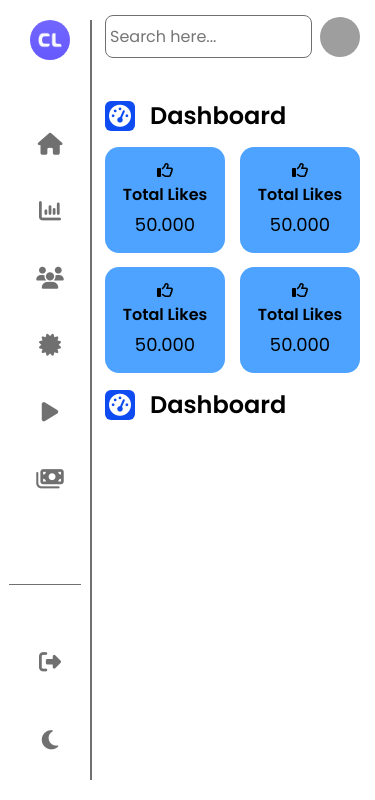
Repository: phamngocthang/practice-html-css
Page: Admin/dist/index.html
The author's editor kept a copy of each file at every save. The page is drawn from the files as they stood at one save, then again after the next save.
The browser window is 375 px wide. The pictures show the whole page.
Pictures or frames that could not be fetched are drawn as grey boxes. The style sheet was rebuilt from its Sass, Less or Tailwind sources for each picture, by a compiler version that may differ from the author's.

Above is the page before, as saved 2023-10-25 13:59:50.

### Admin/dist/index.html
<!DOCTYPE html>
<html lang="en">
<head>
    <meta charset="UTF-8">
    <meta name="viewport" content="width=device-width, initial-scale=1.0">
    <title>Document</title>
    <link rel="stylesheet" href="style/main.css">
    <link rel="stylesheet" href="https://cdnjs.cloudflare.com/ajax/libs/font-awesome/6.4.2/css/all.min.css" integrity="sha512-z3gLpd7yknf1YoNbCzqRKc4qyor8gaKU1qmn+CShxbuBusANI9QpRohGBreCFkKxLhei6S9CQXFEbbKuqLg0DA==" crossorigin="anonymous" referrerpolicy="no-referrer" />
</head>
<body>
    <nav>
        <div class="logo">
            <div class="logo__image">
                <img src="/Images/logo.png" alt="">
            </div>

            <span class="logo__name">
                E-LEARNING
            </span>
        </div>

        <div class="menu">
            <ul class="menu__link">
                <li class="menu__link__item"><a href="#">
                    <i class="fa-solid fa-house"></i>
                    <span>Dashboard</span>
                </a></li>
                <li class="menu__link__item"><a href="#">
                    <i class="fa-solid fa-chart-column"></i>
                    <span>Analytics</span>
                </a></li>
                <li class="menu__link__item"><a href="#">
                    <i class="fa-solid fa-users"></i>
                    <span>Users</span>
                </a></li>
                <li class="menu__link__item"><a href="#">
                    <i class="fa-solid fa-certificate"></i>
                    <span>Category</span>
                </a></li>
                <li class="menu__link__item"><a href="#">
                    <i class="fa-solid fa-play"></i>
                    <span>Courses</span>
                </a></li>
                <li class="menu__link__item"><a href="#">
                    <i class="fa-solid fa-money-bills"></i>
                    <span>Profit</span>
                </a></li>
            </ul>

            <ul class="menu__link">
                <li class="menu__link__item"><a href="#">
                    <i class="fa-solid fa-right-from-bracket"></i>
                    <span>Logout</span>
                </a></li>

                <li class="menu__link__item menu__link__item--darkmode"><a href="#">
                        <i class="fa-solid fa-moon"></i>
                        <span>Dark Mode</span>
                        <div class="menu__toggle">
                            <span class="menu__switch"></span>
                        </div>
                    </a>
                </li>
            </ul>
        </div>
    </nav>

    <section class="dashboard">
        <div class="top">
            <i class="fa-solid fa-bars top__bar"></i>
            <div class="top__search-box">
                <i class="fa-solid fa-magnifying-glass"></i>
                <input type="text" placeholder="Search here...">
            </div>
            <div class="top__image">
                <i class="fa-solid fa-bell bell"></i>
                <img src="/Images/avatar.jpg" alt="">
            </div>
        </div>

        <div class="content">
            <div class="overview">
                <div class="title">
                    <div class="title__logo">
                        <i class="fa-solid fa-gauge-high"></i>
                    </div>
                    <h1 class="title__name">Dashboard</h1>
                </div>

                <div class="data">
                    <div class="data__box">
                        <i class="fa-regular fa-thumbs-up data__box__icon"></i>
                        <h3 class="data__box__title">Total Likes</h3>
                        <span class="data__box__number">50.000</span>
                    </div>
                    <div class="data__box">
                        <i class="fa-regular fa-thumbs-up data__box__icon"></i>
                        <h3 class="data__box__title">Total Likes</h3>
                        <span class="data__box__number">50.000</span>
                    </div>
                    <div class="data__box">
                        <i class="fa-regular fa-thumbs-up data__box__icon"></i>
                        <h3 class="data__box__title">Total Likes</h3>
                        <span class="data__box__number">50.000</span>
                    </div>
                    <div class="data__box">
                        <i class="fa-regular fa-thumbs-up data__box__icon"></i>
                        <h3 class="data__box__title">Total Likes</h3>
                        <span class="data__box__number">50.000</span>
                    </div>
                </div>
            </div>

            <div class="activity">
                <div class="title">
                    <div class="title__logo">
                        <i class="fa-solid fa-gauge-high"></i>
                    </div>
                    <h1 class="title__name">Dashboard</h1>
                </div>
            </div>
        </div>
    </section>

    <script src="script.js">

    </script>
</body>
</html>

### Admin/dist/script.js
const body = document.querySelector("body");
const modeTogger = document.querySelector(".menu__toggle");
const sideBar = body.querySelector("nav")
const sideBarToggle = body.querySelector(".top__bar");

modeTogger.addEventListener("click", () => {
    body.classList.toggle("dark")
})

sideBarToggle.addEventListener("click", () => {
    sideBar.classList.toggle("close");
})

### Admin/scss/main.scss
@import url('https://fonts.googleapis.com/css2?family=Poppins:wght@200;300;400;500;600&display=swap');
@import 'variables';
* {
    margin: 0;
    padding: 0;
    box-sizing: border-box;
    font-family: 'Poppins', sans-serif;
}

body {
    --primary-color: #{$primary-color};
    --panel-color: #{$panel-color};
    --text-color: #{$text-color};
    --black-light-color: #{$black-light-color};
    --border-color: #{$border-color};
    --toggle-color: #{$toggle-color};
    --box1-color: #{$box1-color};
    --box2-color: #{$box2-color};
    --box3-color: #{$box3-color};
    --title-icon-color: #{$title-icon-color};
    min-height: 100vh;
}

body.dark {
    --primary-color: #3A3B3C;
    --panel-color: #242526;
    --text-color: #FFF;
    --black-light-color: #CCC;
    --border-color: #4D4C4C;
    --toggle-color: #FFF;
    --box1-color: #3A3B3C;
    --box2-color: #3A3B3C;
    --box3-color: #3A3B3C;
    --title-icon-color: #CCC;

    .menu__switch::before {
        left: 20px !important;
    }
}

nav {
    position: fixed;
    width: 250px;
    height: 100%;
    top: 0;
    left: 0;
    background-color: var(--panel-color);
    transition: $tran-05;

    .logo {
        display: flex;
        align-items: center;
        height: 80px;

        &__image {
            min-width: 45px;
            display: flex;
            align-items: center;
            padding-right: 10px;
            min-width: 80px;
            justify-content: flex-end;

            img {
                width: 40px;
                border-radius: 50%;
                object-fit: cover;
            }

        }

        &__name {
            color: var(--text-color);
            font-weight: 600;
            font-size: 22px;
            flex: 1;
            transition: $tran-05;
            white-space: nowrap;
        }
    }

    .menu {
        height: 100%;
        padding: 30px 0px 30px 20px;
        position: relative;


        &::after {
            content: '';
            left: 50%;
            top: 63%;
            width: 80%;
            height: 0.5px;
            transform: translateX(-50%);
            background-color: var(--black-light-color);
            position: absolute;
        }

        &__link {
            list-style: none;
            display: flex;
            flex-direction: column;
            align-items: flex-start;


            &:nth-child(1) {
                height: 70%;
            }


            &__item {
                padding: 20px 0;

                a {
                    text-decoration: none;
                    color: var(--black-light-color);
                    font-size: 18px;
                    display: flex;
                    align-items: center;
                    position: relative;
                    transition: 0.4 ease all;

                    i {
                        min-width: 60px;
                        text-align: center;
                        font-size: 22px;
                    }

                    span {
                        font-weight: 400;
                        transition: $tran-05;
                        white-space: nowrap;
                    }

                    &:hover {
                        color: var(--primary-color);

                        &::before {
                            content: '';
                            width: 5px;
                            height: 5px;
                            border-radius: 50%;
                            background-color: var(--primary-color);
                            position: absolute;
                            transition: 0.4 ease all;
                        }
                    }
                }
            }

            &__item--darkmode {
                display: flex;
                align-items: center;


                .menu__toggle {
                    margin-left: 20px;
                    height: 50px;
                    min-width: 45px;
                    display: flex;
                    align-items: center;
                    justify-content: center;

                    .menu__switch {
                        display: inline-block;
                        border-radius: 25px;
                        position: relative;
                        height: 22px;
                        width: 40px;
                        background-color: var(--toggle-color);

                        &::before {
                            content: '';
                            width: 15px;
                            height: 15px;
                            position: absolute;
                            background-color: var(--title-icon-color);
                            border-radius: 50%;
                            left: 3px;
                            top: 50%;
                            transform: translateY(-50%);
                            transition: $tran-03;
                        }
                    }
                }
            }
        }
    }


}

nav.close {
    width: 90px;

    .menu__link__item {
        span {
            opacity: 0;
            pointer-events: none;
        }
    }

    .logo__name {
        opacity: 0;
        pointer-events: none;
    }

    & ~ .dashboard {
        left: 90px;
        width: calc(100% - 90px);
    }
}

.dashboard {
    background-color: var(--panel-color);
    width: calc(100% - 250px);
    left: 250px;
    min-height: 100vh;
    position: relative;
    padding: 15px 30px 40px;
    transition: $tran-05;

    &::before {
        content: '';
        width: 2px;
        height: 95%;
        background-color: var(--black-light-color);
        left: 0;
        top: 50%;
        transform: translateY(-50%);
        position: absolute;
    }

    .top {
        height: 10%;
        display: flex;
        align-items: center;
        justify-content: space-between;

        i {
            font-size: 24px;
            color: var(--black-light-color);
        }

        &__bar {
            cursor: pointer;
        }

        &__search-box {
            flex: 1;
            width: 100%;
            padding: 8px;
            border-radius: 8px;
            border: 0.4px solid var(--black-light-color);
            margin: 0 30px;
            display: flex;
            align-items: center;

            i {
                font-size: 24px;
                padding: 0 16px 0 8px;
                color: var(--black-light-color);
            }

            input {
                font-size: 16px;
                outline: none;
                border: none;
                height: 100%;
                width: 100%;
                background-color: transparent;
                color: var(--text-color);
            }
        }

        &__image {
            display: flex;
            align-items: center;

            .bell {
                cursor: pointer;
                margin-right: 20px;
            }

            img {
                cursor: pointer;
                width: 40px;
                height: 40px;
                object-fit: cover;
                border-radius: 50%;
            }
        }
    }

    .content {
        margin-top: 40px;
            .title {
                display: flex;
                align-items: center;

                &__logo {
                    height: 30px;
                    width: 30px;
                    display: flex;
                    align-items: center;
                    justify-content: center;
                    background-color: var(--primary-color);
                    border-radius: 6px;
                    margin-right: 15px;

                    i {
                        font-size: 22px;
                        color: var(--panel-color);
                    }
                }

                &__name {
                    color: var(--text-color);
                }
            }

            .data {
                display: flex;
                flex-wrap: wrap;
                margin-top: 30px;
                margin-left: -32px;

                &__box {
                    border-radius: 14px;
                    margin-left: 32px;
                    width: calc(100% / 4 - 32px);
                    display: flex;
                    flex-direction: column;
                    align-items: center;
                    background-color: var(--box1-color);
                    color: var(--text-color);
                    padding: 15px 0;

                    &__icon {
                        font-size: 30px;
                    }

                    &__title {
                        margin: 4px 0;
                    }

                    &__number {
                        font-size: 30px;
                    }
                }
            }

            .activity {
                margin-top: 40px;
            }
    }
}


@media (max-width: 1000px) {
    nav {
        width: 90px;

        .menu__link__item {
            span {
                opacity: 0;
                pointer-events: none;
            }
        }

        .logo__name {
            opacity: 0;
            pointer-events: none;
        }

        & ~ .dashboard {
            left: 90px;
            width: calc(100% - 90px);
        }
    }
}

@media (max-width: 820px) {
    .dashboard {
        .content {
            .data {
                margin-top: 0;
                &__box {
                    width: calc(100% / 2 - 35px);
                    margin-top: 14px;

                    &__icon {
                        font-size: 22px;
                    }

                    &__number {
                        font-size: 24px;
                    }
                }

            }

            .activity {
                margin-top: 14px;
            }
        }
    }
}

@media (max-width: 500px) {
    .dashboard {
        padding-left: 15px;
        padding-right: 15px;
        .top {
            i {
                display: none;
            }

            &__search-box {
                padding: 8px 4px;
                margin: 0;
                margin-right: 8px;
            }
        }
        .content {
            .data {
                margin-left: -15px;
                &__box {
                    width: calc(100% / 2 - 15px);
                    margin-left: 15px;

                    &__icon {
                        font-size: 16px;
                    }

                    &__title {
                        font-size: 16px;
                    }

                    &__number {
                        font-size: 18px;
                    }
                }

            }

            .activity {
                margin-top: 14px;
            }
        }
    }
}

### Admin/scss/_variables.scss
/* ===== Colors ===== */
$primary-color: #0E4BF1;
$panel-color: #FFF;
$text-color: #000;
$black-light-color: #707070;
$border-color: #e6e5e5;
$toggle-color: #DDD;
$box1-color: #4DA3FF;
$box2-color: #FFE6AC;
$box3-color: #E7D1FC;
$title-icon-color: #fff;

/* ====== Transition ====== */
$tran-05: all 0.5s ease;
$tran-03: all 0.3s ease;
$tran-03: all 0.2s ease;

After the next save:
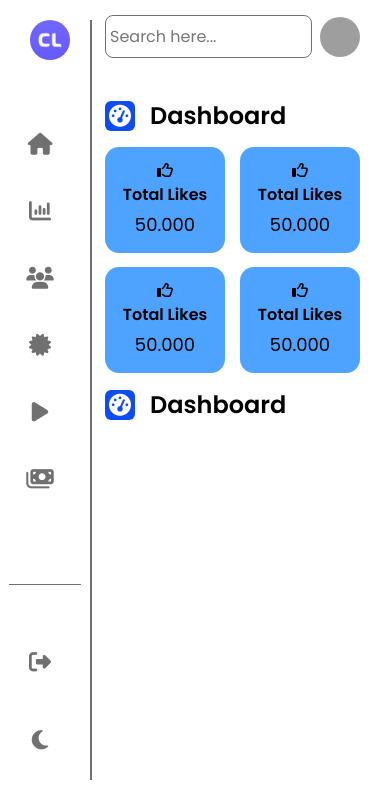
Saved 100 s later.
--- a/Admin/scss/main.scss
+++ b/Admin/scss/main.scss
@@ -407,6 +407,11 @@ nav.close {
 }
 
 @media (max-width: 500px) {
+    nav {
+        .menu {
+            padding-left: 10px;
+        }
+    }
     .dashboard {
         padding-left: 15px;
         padding-right: 15px;
